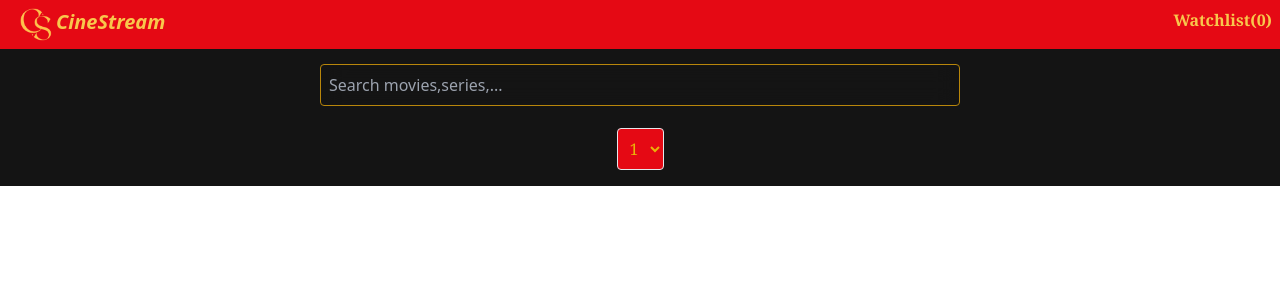
Repository: Reshmashameem31/Cine-Stream
Page: /watchlist (app in movie-project/)
An editor plug-in stored every save of this project. The page is shown before and after a run of saves, followed by the edit.
The browser window is 1280 px wide. The pictures show the whole page.
The project was rebuilt for these pictures with package versions that can differ from the ones it lists, and the page was loaded fresh each time. Also part of the build but not shown: movie-project/vite.config.js, movie-project/src/Components/Moviecard.jsx, movie-project/src/pages/Home.jsx.

Above is the page before, as saved 2025-08-16 13:20:42.

After the next 2 saves:
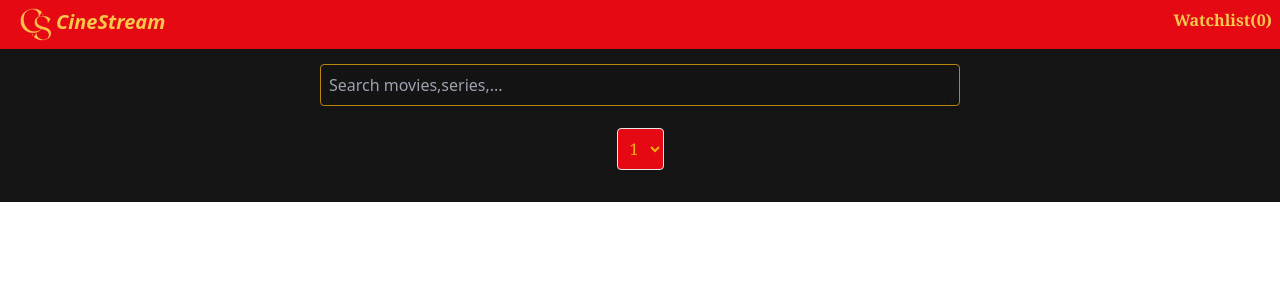
The 2 saves are shown as one change because they came seconds apart.
The last was saved 19 s later.
--- a/movie-project/src/Components/GenreFilter.jsx
+++ b/movie-project/src/Components/GenreFilter.jsx
@@ -2,7 +2,7 @@ import React from 'react'
 
 const GenreFilter = () => {
   return (
-    <select className='p-2 bg-[#E50914]   backdrop-blur-md border rounded font-serif'>
+    <select className='p-2 bg-[#E50914]   backdrop-blur-md border rounded font-serif mb-4'>
         <option value=''>1</option>
         <option value=''>2</option>
         <option value=''>3</option>
